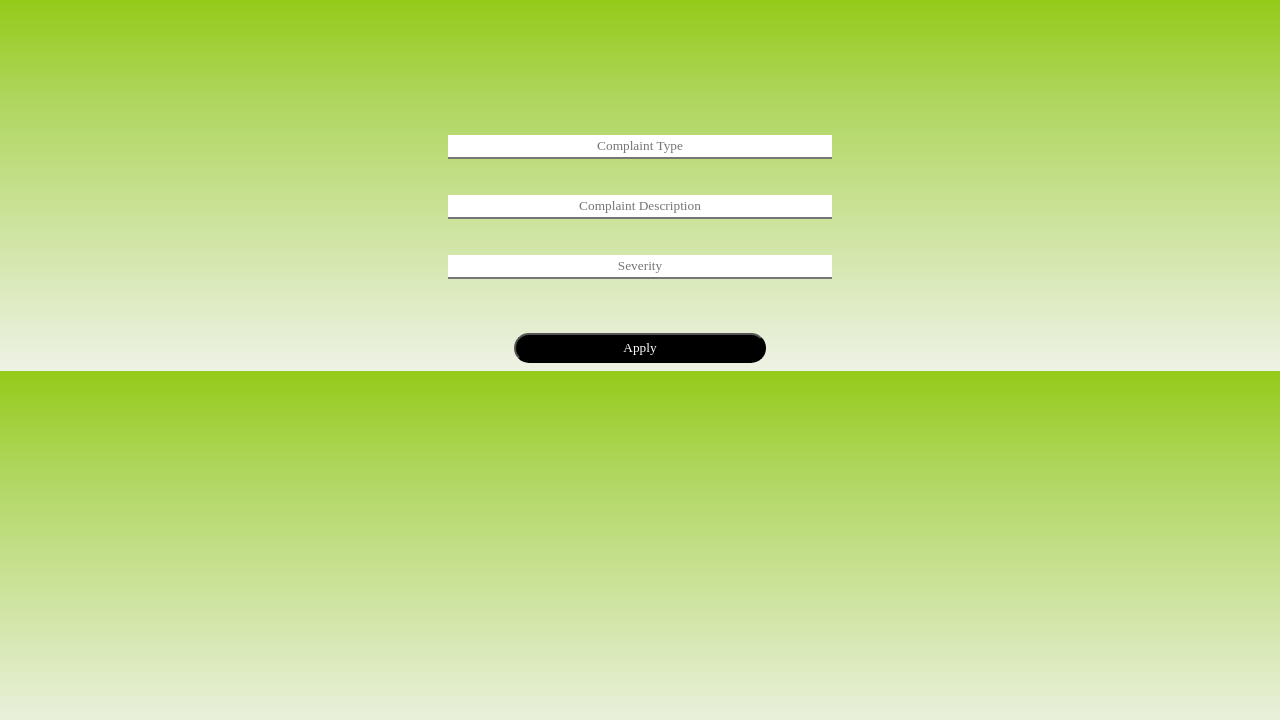
Repository: amitSai12/CMS
Page: http://localhost/ComplaintResolve/ComplaintApply.jsp
An editor plug-in stored every save of this project. The page is shown before and after the next save, followed by the edit.
The browser window is 1280 px wide. The pictures show the whole page.
The page is served by Tomcat 9.

Above is the page before, as saved 2023-10-04 17:04:44.

After the next save:
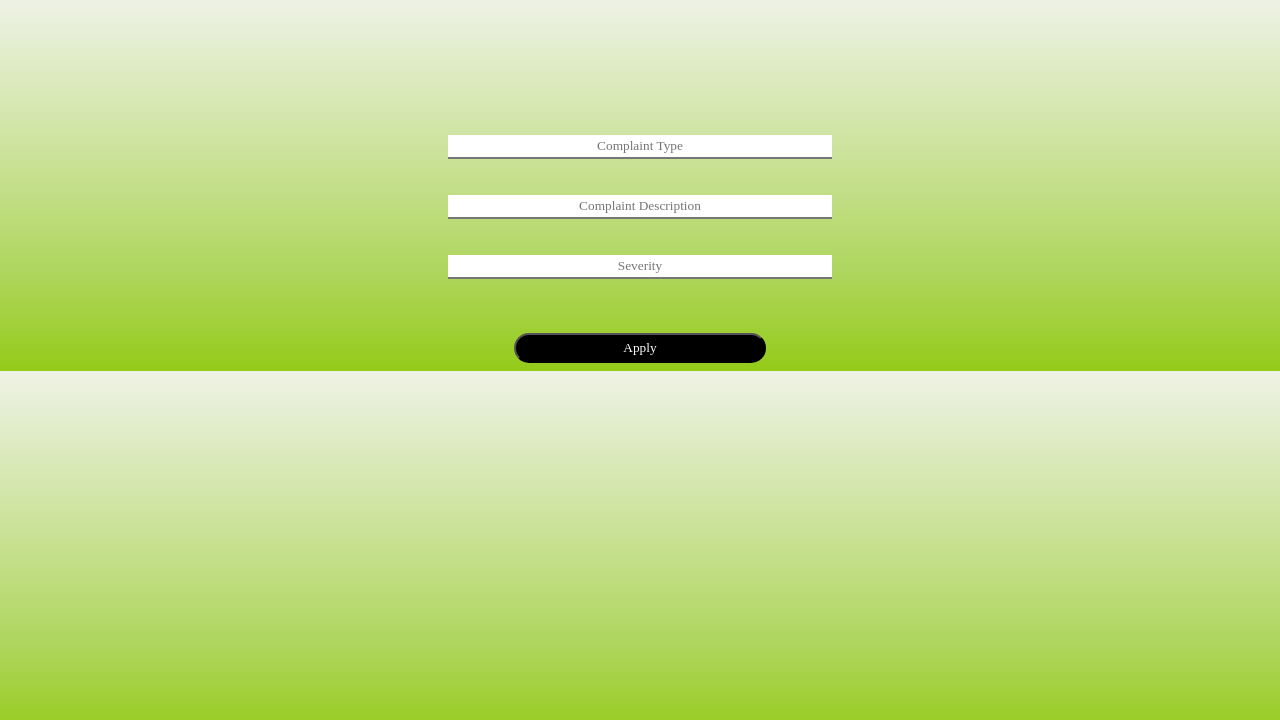
Saved 62 s later.
--- a/Day1_Thu/ComplaintResolve/src/main/webapp/ComplaintApply.jsp
+++ b/Day1_Thu/ComplaintResolve/src/main/webapp/ComplaintApply.jsp
@@ -9,9 +9,8 @@
 <meta charset="UTF-8">
 <title>Insert title here</title>
 </head>
-<body style="background-image: linear-gradient(to bottom, #94cb18, #add55a, #c4df8a, #d9e9b8, #eef2e5);">
+<body style="background-image: linear-gradient(to top, #94cb18, #add55a, #c4df8a, #d9e9b8, #eef2e5);">
 <center>
-
 <div style="margin-top:135px">
 	<form method="get" action="ComplaintApply.jsp">
 		 <input
